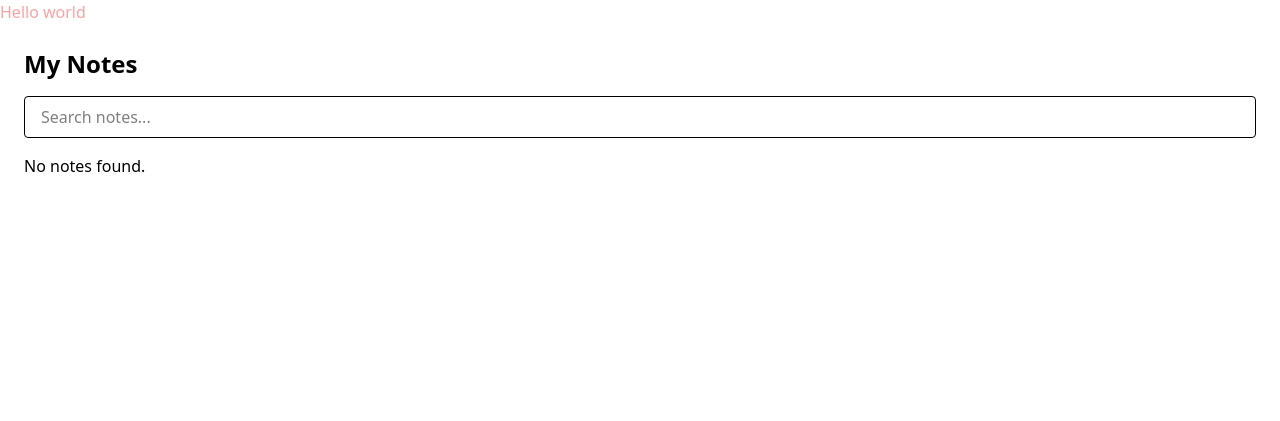
Repository: pin-seavmuy/NoteApplication
Page: / (app in note-vue/)
The author's editor kept a copy of each file at every save. The page is drawn from the files as they stood at one save, then again after the next save.
The browser window is 1280 px wide. The pictures show the whole page.
The page's requests for data from a server got no answer. The project was rebuilt for these pictures with package versions that can differ from the ones it lists, and the page was loaded fresh each time. No one was signed in, and anything a server would have sent is missing. Also part of the build but not shown: note-vue/vite.config.ts.

Above is the page before, as saved 2025-09-16 07:00:28.

### note-vue/src/App.vue
<script setup lang="ts">
  import HelloWorld from './components/HelloWorld.vue'
  import NotesList from './components/NotesList.vue'
</script>

<template>
  <div>
    <HelloWorld msg="Vite + Vue" />
    <NotesList />
  </div>
</template>

<style scoped>
</style>

### note-vue/src/components/HelloWorld.vue
<script setup >

</script>

<template>
  <h1 class="text-red-300">Hello world</h1>
</template>

<style scoped>
</style>

### note-vue/src/components/NotesList.vue
<template>
  <div class="p-6">
    <h1 class="text-2xl font-bold mb-4">My Notes</h1>

    <input
      v-model="search"
      type="text"
      placeholder="Search notes..."
      class="px-4 py-2 border rounded w-full mb-4"
    />

    <div v-if="loading">Loading...</div>
    <div v-else-if="filteredNotes.length === 0">No notes found.</div>

    <div v-else class="space-y-4">
      <div
        v-for="note in filteredNotes"
        :key="note.id"
        class="p-4 border rounded shadow hover:bg-gray-50 cursor-pointer"
      >
        <h2 class="font-semibold">{{ note.title }}</h2>
        <p class="text-sm text-gray-500">{{ formatDate(note.createdAt) }}</p>
        <p class="mt-2 text-gray-700">{{ note.content }}</p>
      </div>
    </div>
  </div>
</template>

<script setup lang="ts">
import { ref, computed, onMounted } from 'vue'
import api from '../api/axios'

interface Note {
  id: number
  title: string
  content: string | null
  createdAt: string
}

const notes = ref<Note[]>([])
const loading = ref(false)
const search = ref('')

async function fetchNotes() {
  loading.value = true
  try {
    const res = await api.get('/Notes')
    console.log('Fetched notes:', res.data)
    notes.value = res.data as Note[]
  } catch (error) {
    console.error('Error fetching notes:', error)
  } finally {
    loading.value = false
  }
}

const filteredNotes = computed(() =>
  notes.value.filter(note =>
    note.title.toLowerCase().includes(search.value.toLowerCase())
  )
)

function formatDate(dateStr: string) {
  return new Date(dateStr).toLocaleString()
}

onMounted(fetchNotes)
</script>

### note-vue/src/api/axios.ts
import axios from 'axios'

const api = axios.create({
  baseURL: 'http://localhost:5258/api',
})

export default api;

Loaded but not shown: note-vue/index.html (common file); note-vue/src/main.ts (common file); note-vue/src/style.css (common file)

After the next save:
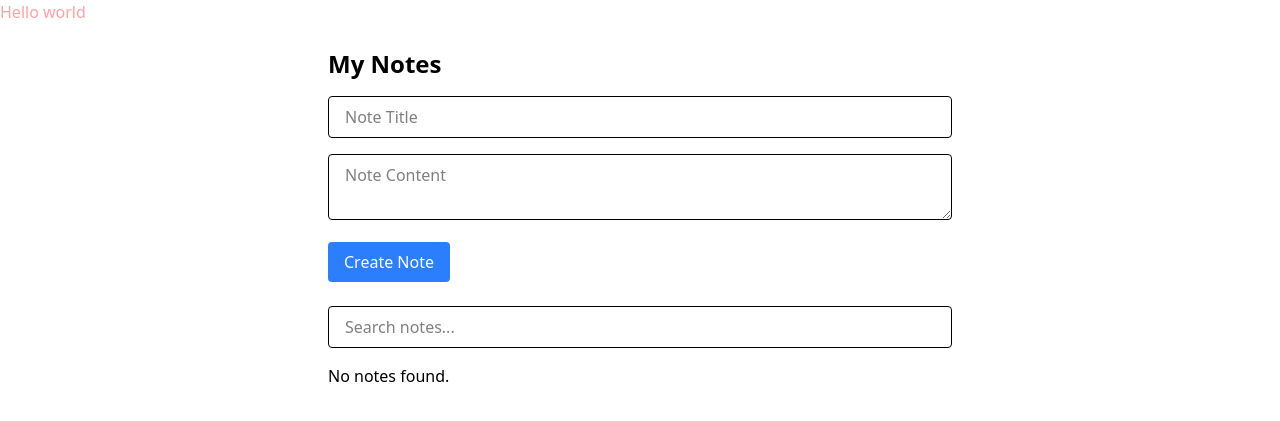
Saved 49 s later.
--- a/note-vue/src/components/NotesList.vue
+++ b/note-vue/src/components/NotesList.vue
@@ -1,7 +1,30 @@
 <template>
-  <div class="p-6">
+  <div class="p-6 max-w-2xl mx-auto">
     <h1 class="text-2xl font-bold mb-4">My Notes</h1>
 
+    <!-- ✅ Create Note Form -->
+    <form @submit.prevent="createNote" class="mb-6 space-y-4">
+      <input
+        v-model="newNote.title"
+        type="text"
+        placeholder="Note Title"
+        class="px-4 py-2 border rounded w-full"
+        required
+      />
+      <textarea
+        v-model="newNote.content"
+        placeholder="Note Content"
+        class="px-4 py-2 border rounded w-full"
+      ></textarea>
+      <button
+        type="submit"
+        class="bg-blue-500 text-white px-4 py-2 rounded hover:bg-blue-600"
+      >
+        Create Note
+      </button>
+    </form>
+
+    <!-- 🔍 Search -->
     <input
       v-model="search"
       type="text"
@@ -9,14 +32,16 @@
       class="px-4 py-2 border rounded w-full mb-4"
     />
 
+    <!-- 🔄 Loading & Message -->
     <div v-if="loading">Loading...</div>
     <div v-else-if="filteredNotes.length === 0">No notes found.</div>
 
+    <!-- 📋 Notes -->
     <div v-else class="space-y-4">
       <div
         v-for="note in filteredNotes"
         :key="note.id"
-        class="p-4 border rounded shadow hover:bg-gray-50 cursor-pointer"
+        class="p-4 border rounded shadow hover:bg-gray-50"
       >
         <h2 class="font-semibold">{{ note.title }}</h2>
         <p class="text-sm text-gray-500">{{ formatDate(note.createdAt) }}</p>
@@ -26,7 +51,7 @@
   </div>
 </template>
 
-<script setup lang="ts">
+<script lang="ts" setup>
 import { ref, computed, onMounted } from 'vue'
 import api from '../api/axios'
 
@@ -40,17 +65,34 @@
 const notes = ref<Note[]>([])
 const loading = ref(false)
 const search = ref('')
+const newNote = ref({
+  title: '',
+  content: '',
+})
 
 async function fetchNotes() {
   loading.value = true
   try {
     const res = await api.get('/Notes')
-    console.log('Fetched notes:', res.data)
     notes.value = res.data as Note[]
   } catch (error) {
     console.error('Error fetching notes:', error)
   } finally {
     loading.value = false
+  }
+}
+
+async function createNote() {
+  try {
+    await api.post('/Notes', {
+      title: newNote.value.title,
+      content: newNote.value.content,
+    })
+    newNote.value.title = ''
+    newNote.value.content = ''
+    await fetchNotes() // refresh list
+  } catch (error) {
+    console.error('Error creating note:', error)
   }
 }
 

After the save that followed:
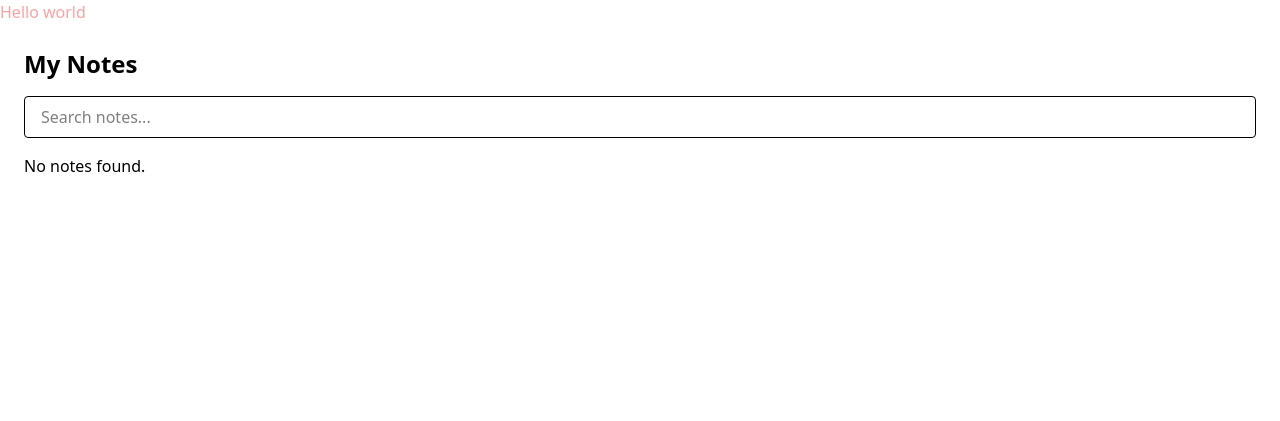
Saved 4 s later.
--- a/note-vue/src/components/NotesList.vue
+++ b/note-vue/src/components/NotesList.vue
@@ -1,30 +1,7 @@
 <template>
-  <div class="p-6 max-w-2xl mx-auto">
+  <div class="p-6">
     <h1 class="text-2xl font-bold mb-4">My Notes</h1>
 
-    <!-- ✅ Create Note Form -->
-    <form @submit.prevent="createNote" class="mb-6 space-y-4">
-      <input
-        v-model="newNote.title"
-        type="text"
-        placeholder="Note Title"
-        class="px-4 py-2 border rounded w-full"
-        required
-      />
-      <textarea
-        v-model="newNote.content"
-        placeholder="Note Content"
-        class="px-4 py-2 border rounded w-full"
-      ></textarea>
-      <button
-        type="submit"
-        class="bg-blue-500 text-white px-4 py-2 rounded hover:bg-blue-600"
-      >
-        Create Note
-      </button>
-    </form>
-
-    <!-- 🔍 Search -->
     <input
       v-model="search"
       type="text"
@@ -32,16 +9,14 @@
       class="px-4 py-2 border rounded w-full mb-4"
     />
 
-    <!-- 🔄 Loading & Message -->
     <div v-if="loading">Loading...</div>
     <div v-else-if="filteredNotes.length === 0">No notes found.</div>
 
-    <!-- 📋 Notes -->
     <div v-else class="space-y-4">
       <div
         v-for="note in filteredNotes"
         :key="note.id"
-        class="p-4 border rounded shadow hover:bg-gray-50"
+        class="p-4 border rounded shadow hover:bg-gray-50 cursor-pointer"
       >
         <h2 class="font-semibold">{{ note.title }}</h2>
         <p class="text-sm text-gray-500">{{ formatDate(note.createdAt) }}</p>
@@ -51,7 +26,7 @@
   </div>
 </template>
 
-<script lang="ts" setup>
+<script setup lang="ts">
 import { ref, computed, onMounted } from 'vue'
 import api from '../api/axios'
 
@@ -65,34 +40,17 @@
 const notes = ref<Note[]>([])
 const loading = ref(false)
 const search = ref('')
-const newNote = ref({
-  title: '',
-  content: '',
-})
 
 async function fetchNotes() {
   loading.value = true
   try {
     const res = await api.get('/Notes')
+    console.log('Fetched notes:', res.data)
     notes.value = res.data as Note[]
   } catch (error) {
     console.error('Error fetching notes:', error)
   } finally {
     loading.value = false
-  }
-}
-
-async function createNote() {
-  try {
-    await api.post('/Notes', {
-      title: newNote.value.title,
-      content: newNote.value.content,
-    })
-    newNote.value.title = ''
-    newNote.value.content = ''
-    await fetchNotes() // refresh list
-  } catch (error) {
-    console.error('Error creating note:', error)
   }
 }
 
